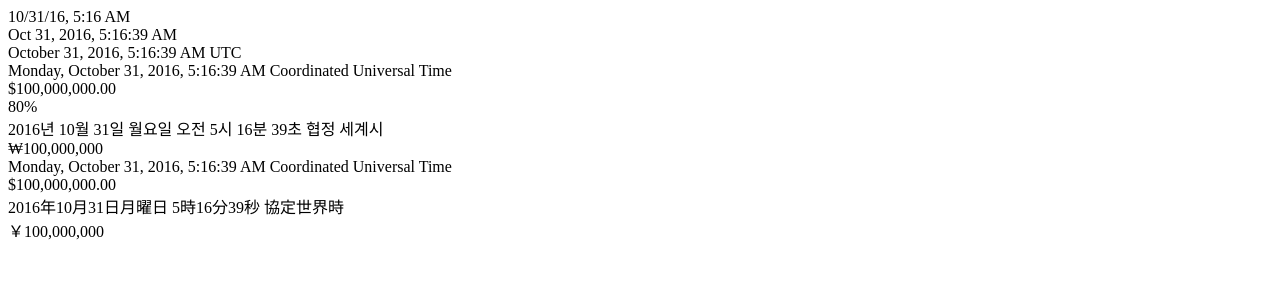
Repository: kimjaejoo/Tacademy
Page: http://localhost/MyServer/custom2.jsp
The author's editor kept a copy of each file at every save. The page is drawn from the files as they stood at one save, then again after the next save.
The browser window is 1280 px wide. The pictures show the whole page.
The page is served by Tomcat 9. Nobody is signed in. The application's start-up code is not run. Other server files are loaded and not shown.

Above is the page before, as saved 2016-11-04 04:45:41.

### MyServer/WebContent/custom2.jsp
<%@page import="java.util.Date"%>
<%@ page language="java" contentType="text/html; charset=UTF-8"
	pageEncoding="UTF-8" errorPage="index.jsp"%>
<!--errorPage="index.jsp" 페이지에 에러가 발생하면 index.jsp 로 자동으로 이동한다.  -->
<%@ taglib prefix="c" uri="http://java.sun.com/jsp/jstl/core"%>
<%@ taglib prefix="fmt" uri="http://java.sun.com/jsp/jstl/fmt"%>

<!-- 시간포맷팅 -->
<c:set var="date" value="<%= new Date() %>"/>
<fmt:formatDate value="${date }" type="both" dateStyle="short" timeStyle="short"/> <br />
<fmt:formatDate value="${date }" type="both" dateStyle="medium" timeStyle="medium"/>	<br />
<fmt:formatDate value="${date }" type="both" dateStyle="long" timeStyle="long"/> <br />
<fmt:formatDate value="${date }" type="both" dateStyle="full" timeStyle="full"/> <br />

<!-- 숫자 -->
<fmt:formatNumber value="100000000" type="currency" currencySymbol="$" /> <br />
<fmt:formatNumber value="0.80" type="percent" /> <br />

<!-- 로케일 -->
<fmt:setLocale value="ko_kr"/>
<fmt:formatDate value="${date }" type="both" dateStyle="full" timeStyle="full"/> <br />
<fmt:formatNumber value="100000000" type="currency" /> <br />
<fmt:setLocale value="en_us"/>
<fmt:formatDate value="${date }" type="both" dateStyle="full" timeStyle="full"/> <br />
<fmt:formatNumber value="100000000" type="currency"  /> <br />
<fmt:setLocale value="ja_jp"/>
<fmt:formatDate value="${date }" type="both" dateStyle="full" timeStyle="full"/> <br />
<fmt:formatNumber value="100000000" type="currency"  /> <br />

After the next save:
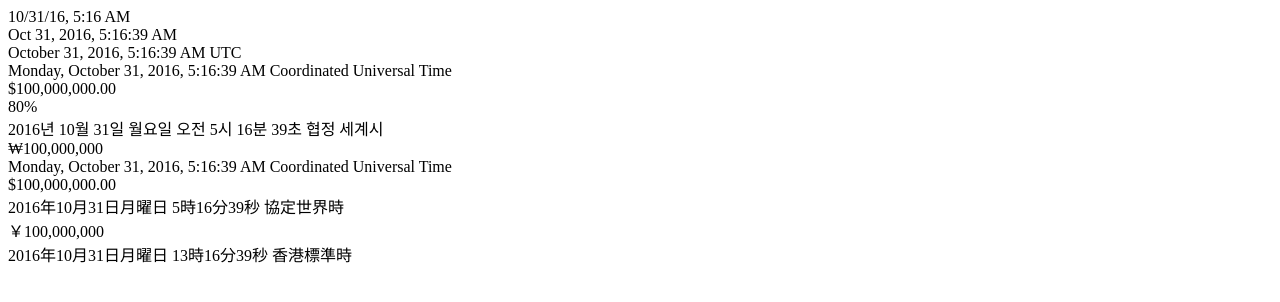
Saved 79 s later.
--- a/MyServer/WebContent/custom2.jsp
+++ b/MyServer/WebContent/custom2.jsp
@@ -26,3 +26,7 @@
 <fmt:setLocale value="ja_jp"/>
 <fmt:formatDate value="${date }" type="both" dateStyle="full" timeStyle="full"/> <br />
 <fmt:formatNumber value="100000000" type="currency"  /> <br />
+
+<!-- 시간대 -->
+<fmt:setTimeZone value="Asia/Hong_Kong"/>
+<fmt:formatDate value="${date }" type="both" dateStyle="full" timeStyle="full"/> <br />
